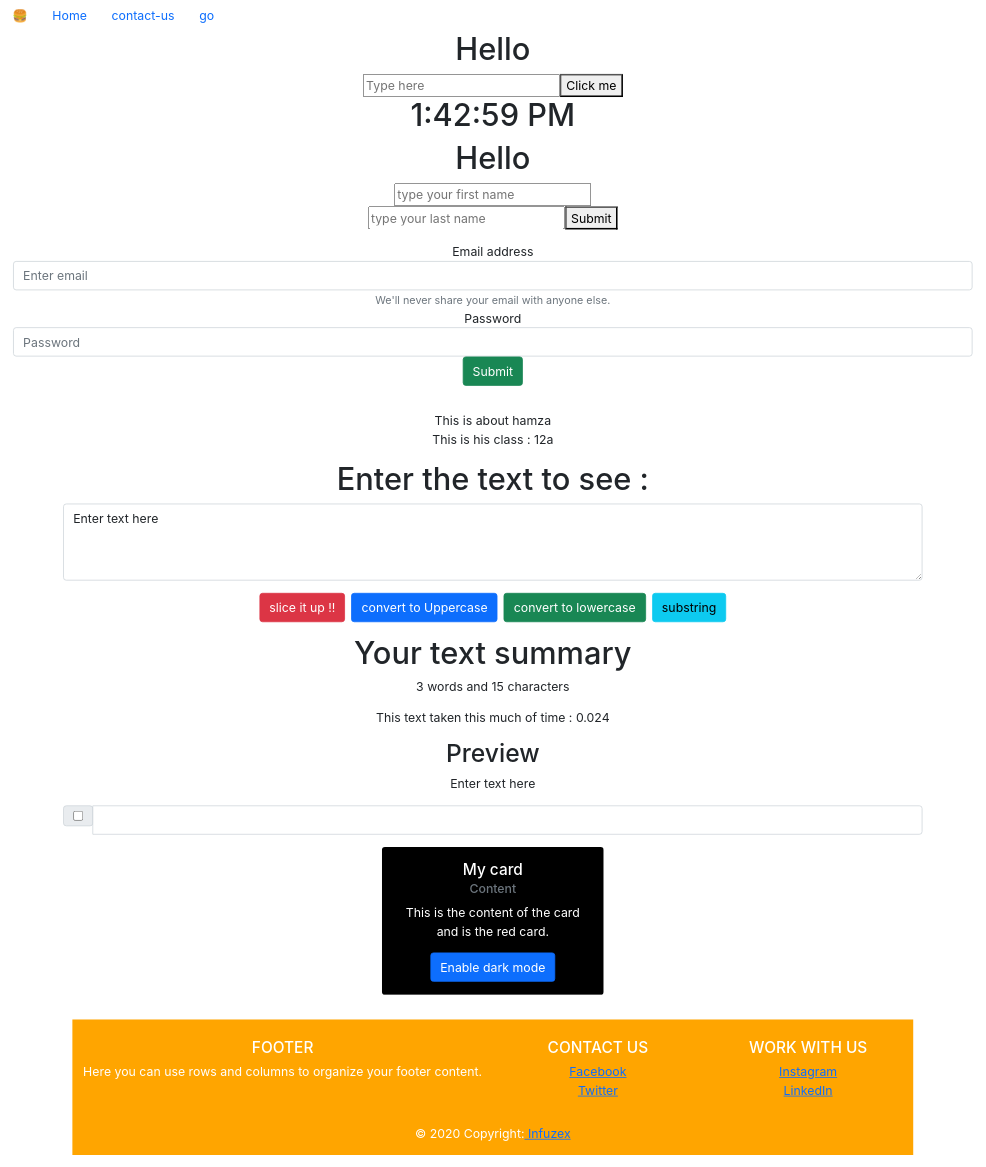
Repository: shah-zx/React-learning
Page: /
These files come from the project's save history. The page is drawn as it stood at one moment and after the next save; the edit follows.
The browser window is 1280 px wide. The pictures show the whole page, at 77% of full size.
The project was rebuilt for these pictures with package versions that can differ from the ones it lists, and the page was loaded fresh each time. Also part of the build but not shown: src/components/Welcome.js, src/components/Swagat.js, src/components/Namaste.js, src/components/Hello.js, src/components/ayiye.js, src/components/Message.js, src/components/Thought.js, src/components/Counter.js and 40 more. Imported but missing from the stored project, and not drawn on this page: src/components/Indexaskeyantipattern.

Above is the page before, as saved 2021-11-12 12:56:52.

After the next save:
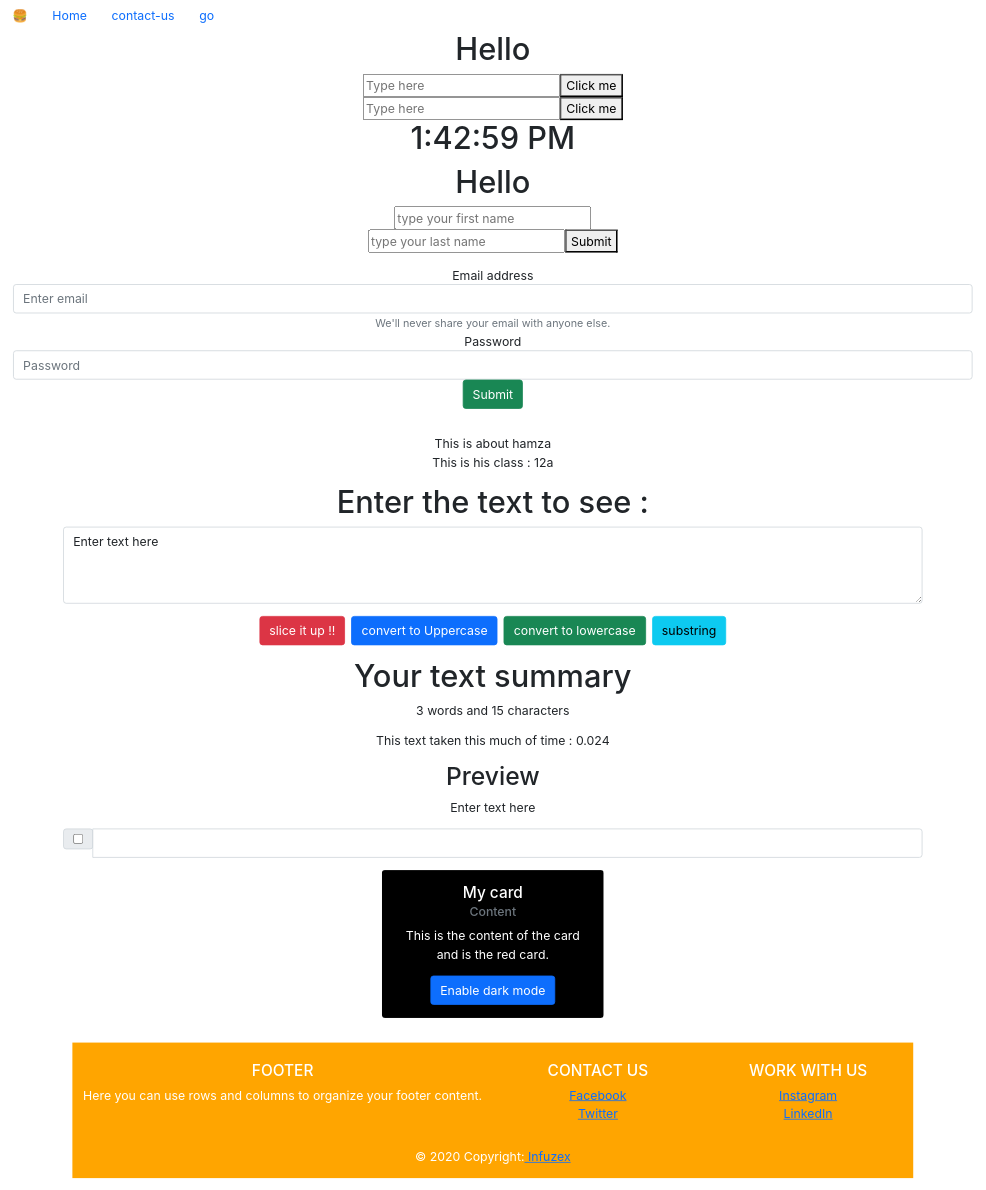
Saved 3 min 6 s later.
--- a/src/practice_components/Forms.jsx
+++ b/src/practice_components/Forms.jsx
@@ -1,29 +1,41 @@
-import React , {useState} from 'react'
+import React, { useState } from 'react'
 
 
 
 function Forms() {
 
-    const [name , setName] = useState()
-    const [fullName , setFullName] = useState()
+    const [name, setName] = useState()
+    const [fullName, setFullName] = useState()
 
 
-    const inputEvent = (event)=>{  // We are passing the text we will be weiting in the input in an object called event
-    //    console.log(event.target.value)  // accessing our text
-       setName(event.target.value)
+    const inputEvent = (event) => {  // We are passing the text we will be weiting in the input in an object called event
+        //    console.log(event.target.value)  // accessing our text
+        setName(event.target.value)
     };
 
     const handleChange = () => {
-    setFullName(name);
+        setFullName(name);
     }
     return (
         <>
             <h1>Hello {fullName}</h1>
             <input type="text"
-            placeholder="Type here"
-            value = {name}
-            onChange = {inputEvent}></input>
-            <button onClick = {handleChange} type="submit">Click me </button>
+                placeholder="Type here"
+                value={name}
+                onChange={inputEvent}
+                name = "fname">
+                </input>
+            <button onClick={handleChange}
+                type="submit">Click me </button>
+            <br />
+            <input type="text"
+                placeholder="Type here"
+                value={name}
+                onChange={inputEvent}
+                name = "lname">
+                </input>
+            <button onClick={handleChange}
+                type="submit">Click me </button>
         </>
     )
 }
